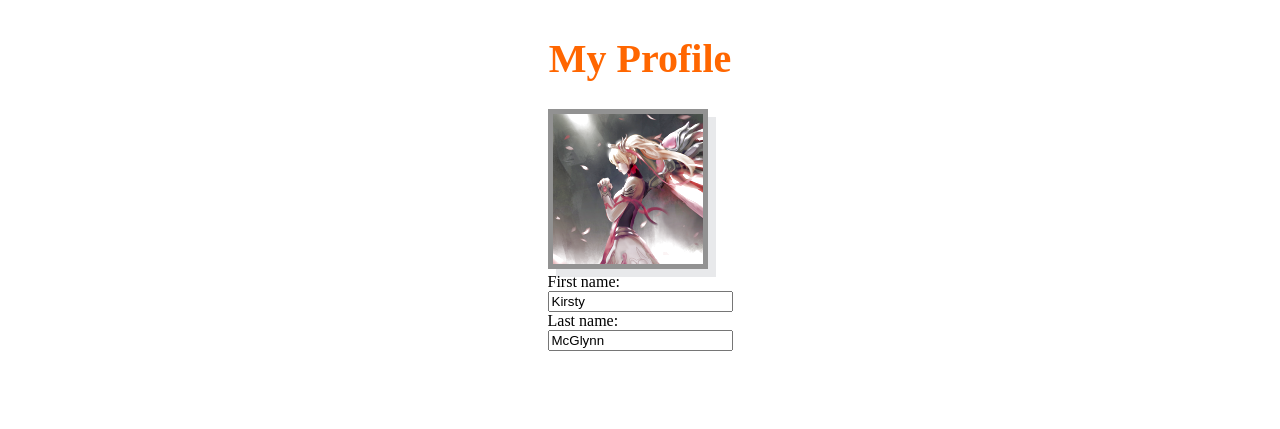
Repository: KLM94/profile
Page: /
An editor plug-in stored every save of this project. The page is shown before and after the next save, followed by the edit.
The browser window is 1280 px wide. The pictures show the whole page.
The project was rebuilt for these pictures with package versions that can differ from the ones it lists, and the page was loaded fresh each time.

Above is the page before, as saved 2020-10-27 16:56:02.

After the next save:
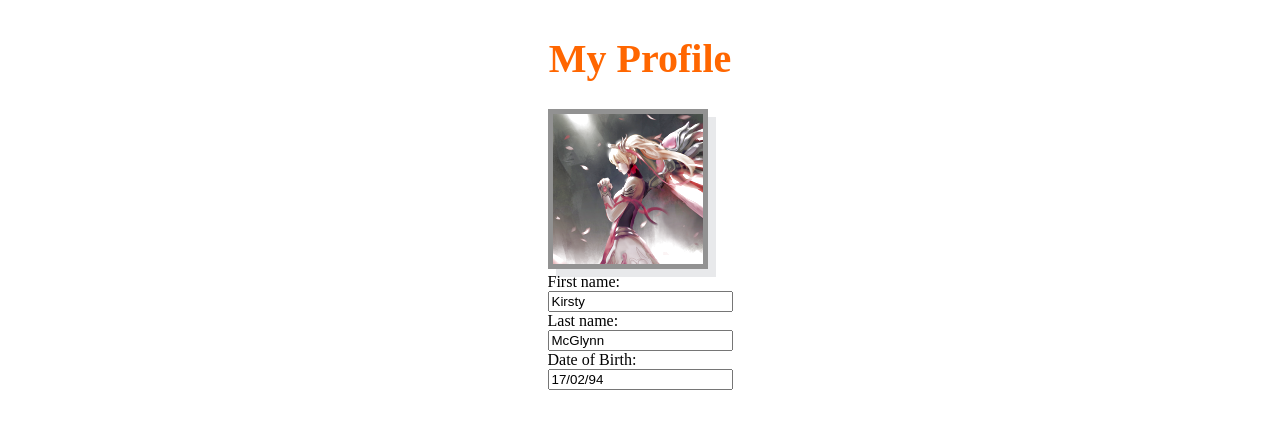
Saved 42 s later.
--- a/src/Components/Profile.jsx
+++ b/src/Components/Profile.jsx
@@ -20,6 +20,12 @@
           <input type="text" name="last name" value="McGlynn" />
         </label>
         <br />
+        <label>
+          Date of Birth:
+          <br />
+          <input type="text" name="Date of Birth" value="17/02/94" />
+        </label>
+        <br />
       </form>
     </main>
   );
